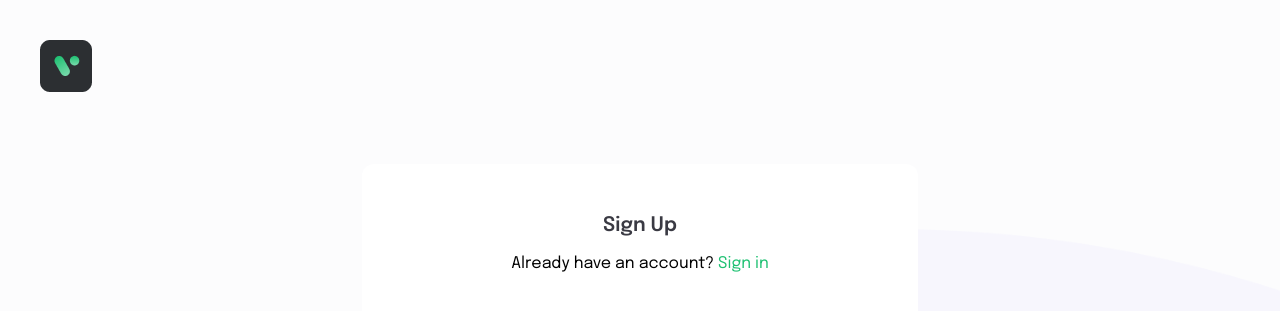
Repository: CarsonDev1/Crowfunding
Page: /sign-up
An editor plug-in stored every save of this project. The page is shown before and after the next save, followed by the edit.
The browser window is 1280 px wide. The pictures show the whole page.
The project was rebuilt for these pictures with package versions that can differ from the ones it lists, and the page was loaded fresh each time. Also part of the build but not shown: src/components/common/ErrorComponent.jsx, src/pages/SignIn.jsx.

Above is the page before, as saved 2023-04-06 23:11:56.

### public/index.html
<!DOCTYPE html>
<html lang="en">

<head>
  <meta charset="utf-8" />
  <link rel="icon" href="%PUBLIC_URL%/favicon.ico" />
  <meta name="viewport" content="width=device-width, initial-scale=1" />
  <meta name="theme-color" content="#000000" />
  <meta name="description" content="Web site created using create-react-app" />
  <link rel="apple-touch-icon" href="%PUBLIC_URL%/logo192.png" />
  <link rel="preconnect" href="https://fonts.googleapis.com">
  <link rel="preconnect" href="https://fonts.gstatic.com" crossorigin>
  <link
    href="https://fonts.googleapis.com/css2?family=Epilogue:ital,wght@0,300;0,400;0,500;0,600;0,700;0,800;0,900;1,300;1,400;1,500;1,600;1,700;1,800&family=Poppins:ital,wght@0,400;0,500;0,600;0,700;0,800;1,400;1,500;1,600;1,700&display=swap"
    rel="stylesheet">
  <!--
      manifest.json provides metadata used when your web app is installed on a
      user's mobile device or desktop. See https://developers.google.com/web/fundamentals/web-app-manifest/
    -->
  <link rel="manifest" href="%PUBLIC_URL%/manifest.json" />
  <!--
      Notice the use of %PUBLIC_URL% in the tags above.
      It will be replaced with the URL of the `public` folder during the build.
      Only files inside the `public` folder can be referenced from the HTML.

      Unlike "/favicon.ico" or "favicon.ico", "%PUBLIC_URL%/favicon.ico" will
      work correctly both with client-side routing and a non-root public URL.
      Learn how to configure a non-root public URL by running `npm run build`.
    -->
  <title>React App</title>
</head>

<body>
  <noscript>You need to enable JavaScript to run this app.</noscript>
  <div id="root"></div>
  <!--
      This HTML file is a template.
      If you open it directly in the browser, you will see an empty page.

      You can add webfonts, meta tags, or analytics to this file.
      The build step will place the bundled scripts into the <body> tag.

      To begin the development, run `npm start` or `yarn start`.
      To create a production bundle, use `npm run build` or `yarn build`.
    -->
</body>

</html>

### src/index.js
import React from "react";
import ReactDOM from "react-dom/client";
import "./index.scss";
import App from "./App";
import { BrowserRouter } from "react-router-dom";

const root = ReactDOM.createRoot(document.getElementById("root"));
root.render(
	<React.StrictMode>
		<BrowserRouter>
			<App />
		</BrowserRouter>
	</React.StrictMode>
);

### src/index.scss
@tailwind base;
@tailwind components;
@tailwind utilities;

@layer base {
	body {
		@apply font-primary text-base;
		line-height: 1.5;
	}
}

### src/App.js
import { lazy } from "react";
import { Route, Routes } from "react-router-dom";
import SignIn from "./pages/SignIn";

const SignUp = lazy(() => import("./pages/SignUp"));

function App() {
	return (
		<Routes>
			<Route path="/sign-up" element={<SignUp />}></Route>
			<Route path="/sign-in" element={<SignIn />}></Route>
		</Routes>
	);
}

export default App;

### src/pages/SignUp.jsx
import React from "react";
import { Link } from "react-router-dom";
import LayoutAuthentication from "../layouts/LayoutAuthentication";

function SignUp() {
	return (
		<LayoutAuthentication heading="Sign Up">
			<p className="text-center">
				Already have an account?{" "}
				<Link to="/sign-in" className="text-primary">
					Sign in
				</Link>
			</p>
		</LayoutAuthentication>
	);
}

export default SignUp;

### src/layouts/LayoutAuthentication.jsx
import React from "react";
import { Link } from "react-router-dom";
import PropTypes from "prop-types";
import { withErrorBoundary } from "react-error-boundary";
import ErrorComponent from "../components/common/ErrorComponent";

function LayoutAuthentication(props) {
	const { children, heading = "" } = props;
	return (
		<div className="w-full min-h-screen bg-lite p-10 relative isolate">
			<img
				src="/ellipse.png"
				alt="back-ground"
				className="absolute pointer-events-none bottom-0 left-0 right-0 z-[-1]"
			/>
			<Link to="/" className="inline-block mb-5 lg:mb-16">
				<img src="/Logo.png" alt="Logo" />
			</Link>
			<div className="w-full max-w-[556px] bg-white rounded-xl px-5 py-8 lg:px-16 lg:py-12 mx-auto">
				<h1 className="font-semibold text-lg lg:text-xl mb-1 lg:mb-3 text-text1 text-center">{heading}</h1>
				{children}
			</div>
		</div>
	);
}
LayoutAuthentication.prototype = {
	heading: PropTypes.string,
	children: PropTypes.node,
};

export default withErrorBoundary(LayoutAuthentication, {
	FallbackComponent: ErrorComponent,
});

### tailwind.config.js
/** @type {import('tailwindcss').Config} */
module.exports = {
	darkMode: "class",
	content: ["./src/**/*.{js,jsx,ts,tsx}"],
	theme: {
		extend: {
			fontFamily: {
				primary: ["Epilogue", "san-serif"],
			},
			colors: {
				primary: "#1DC071",
				secondary: "#6F49FD",
				text1: "#3A3A43",
				text2: "#4B5264",
				text3: "#808191",
				text4: "#B2B3BD",
				"icon-color": "#A2A2A8",
				white: "#FFFFFF",
				whiteSoft: "#FCFBFF",
				graySoft: "#FCFCFC",
				strock: "#F1F1F3",
				lite: "#FCFCFD",
				error: "#EB5757",
				darkbg: "#13131A",
				darkSecondary: "#1C1C24",
				softDark: "#22222C",
				darkSoft: "#24242C",
				darkStroke: "#3A3A43",
				darkRed: "#422C32",
			},
		},
	},
	plugins: [],
};

After the next save:
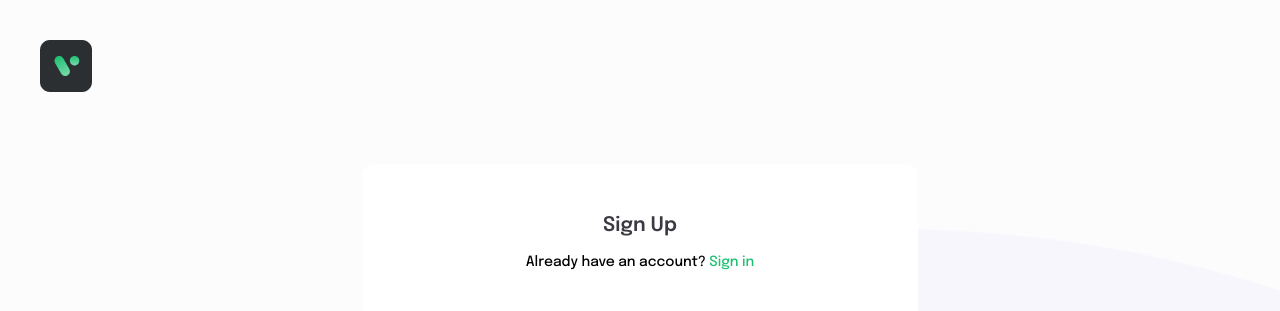
Saved 42 s later.
--- a/src/pages/SignUp.jsx
+++ b/src/pages/SignUp.jsx
@@ -5,7 +5,7 @@ import LayoutAuthentication from "../layouts/LayoutAuthentication";
 function SignUp() {
 	return (
 		<LayoutAuthentication heading="Sign Up">
-			<p className="text-center">
+			<p className="text-center text-sm font-medium">
 				Already have an account?{" "}
 				<Link to="/sign-in" className="text-primary">
 					Sign in
